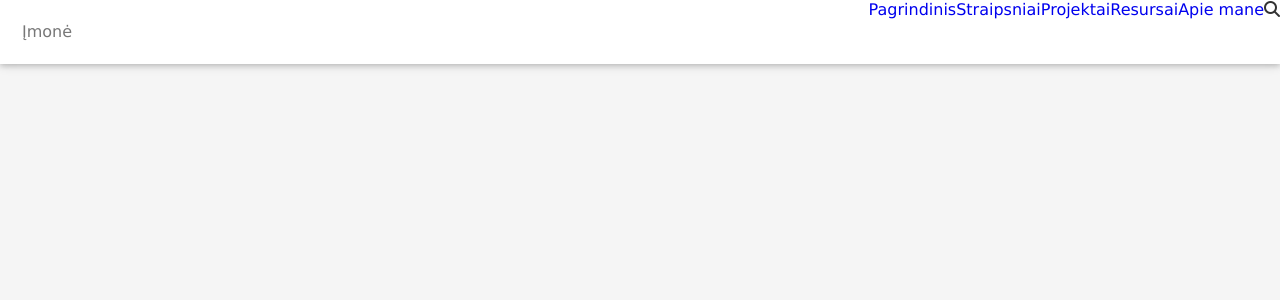
Repository: motiejus1/14-paskaita-05.31
Page: index.html
The author's editor kept a copy of each file at every save. The page is drawn from the files as they stood at one save, then again after a run of saves.
The browser window is 1280 px wide. The pictures show the whole page.
Some web libraries are served in a nearby version.

Above is the page before, as saved 2021-06-23 18:59:54.

### index.html
<!DOCTYPE html>
<html lang="en">
<head>
    <meta charset="UTF-8">
    <meta http-equiv="X-UA-Compatible" content="IE=edge">
    <meta name="viewport" content="width=device-width, initial-scale=1.0">
    <title>14 paskaita</title>

    <link rel="stylesheet" href="http://maxcdn.bootstrapcdn.com/font-awesome/latest/css/font-awesome.min.css">
    <style>
        html {
            font-size: 16px;
        }

        body {
            max-width: 1920px;
            margin: 0 auto;
            font-family: Verdana, Arial, sans-serif;
            line-height: 1.25rem;
            color:#333;
            background-color: #f5f5f5;
        }

        .container {
            width: 100%;
            margin: auto;
        }

        a {
            text-decoration: none;
            transition: all 0.3s ease;
        }

        .area {
            display: flex;
            /* flex-direction:row; */
            /* flex-wrap: wrap; */

            flex-flow: row wrap;
            align-items: stretch;
            justify-content: space-between;
            margin-left: auto;
        }

        .navbar-component {
            background-color: white;
            box-shadow: 0 2px 5px rgba(0,0,0,0.16), 0 2px 10px rgba(0,0,0,0.12);
        }

        .brand {
            display:block;
            font-size: 1rem;
            color: #777;
            margin: 1.375rem;
        }

        .list {
            display:flex;
        }

        .item {
            display: block;
            height: 4rem;
            line-height: ;
        }


    </style>
</head>
<body>
    <div class="container">
        <div class="navbar-component">
            <div class="navbar area">
                <a href="#" class="brand">Įmonė</a>

                <nav id="navigation" class="list">
                    <a href="#" class="item -link">Pagrindinis</a>
                    <a href="#" class="item -link" >Straipsniai</a>
                    <a href="#" class="item -link">Projektai</a>
                    <a href="#"class="item -link">Resursai</a>
                    <a href="#" class="item -link">Apie mane</a>
                    <span class="item">
                        <i class="fa fa-search"></i>
                    </span>
                </nav>

            </div>

        </div>
    </div>

</body>
</html>

After the next 3 saves:
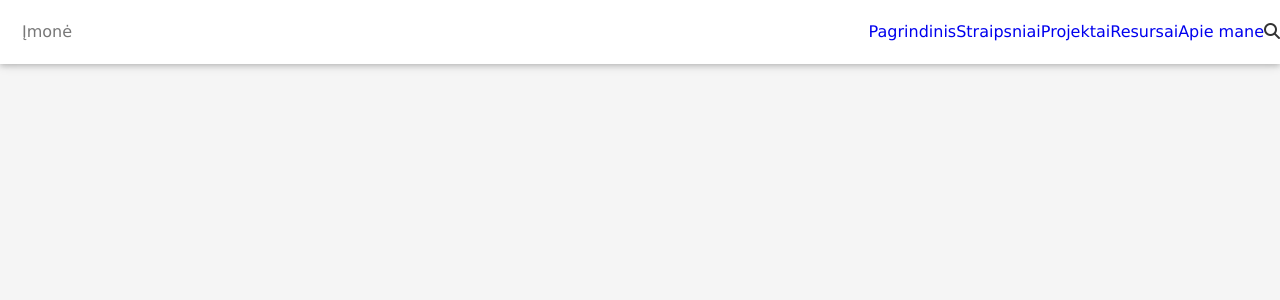
The 3 saves are shown as one change because they came seconds apart.
The last was saved 7 s later.
--- a/index.html
+++ b/index.html
@@ -61,7 +61,8 @@
         .item {
             display: block;
             height: 4rem;
-            line-height: ;
+            line-height: 4rem;
+
         }
 
 
